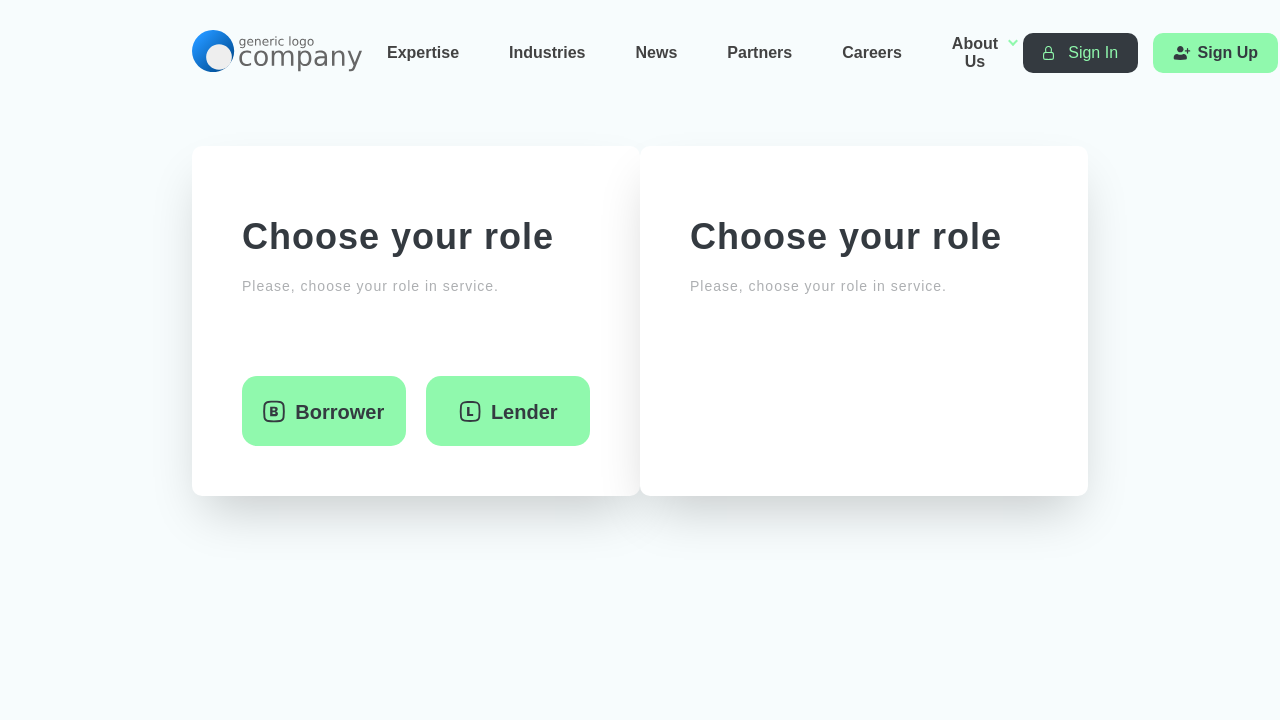
Repository: Andriy-Ma/widgetTask
Page: /
An editor plug-in stored every save of this project. The page is shown before and after the next save, followed by the edit.
The browser window is 1280 px wide. The pictures show the whole page.
Some web fonts or font styles are not loaded; a fallback is used. The project was rebuilt for these pictures with package versions that can differ from the ones it lists, and the page was loaded fresh each time. Also part of the build but not shown: src/components/Main/SelectedRoleForm/selectedRoleForm.module.css, src/components/Main/SelectedRoleForm/selectedRoleForm.jsx.

Above is the page before, as saved 2022-08-30 09:47:57.

After the next save:
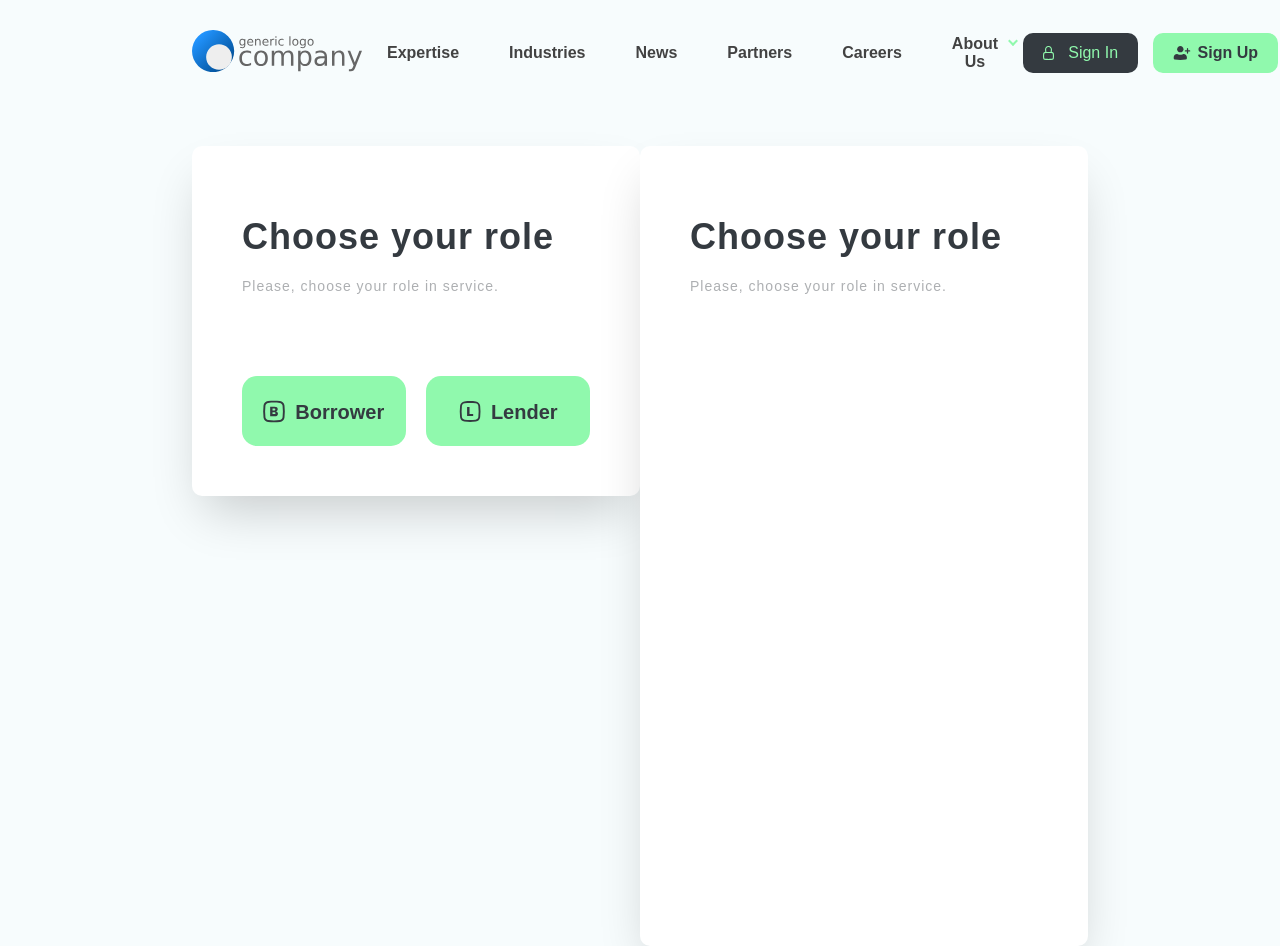
Saved 4 s later.
--- a/src/components/Main/ChooseForm/chooseForm.jsx
+++ b/src/components/Main/ChooseForm/chooseForm.jsx
@@ -25,7 +25,7 @@ function ChooseForm({getRole}) {
       }
       </div>
     </div>
-    <div className={styles.form}>
+    <div className={styles.agreeForm}>
       <div>
         <p className={styles.mainText}>Choose your role</p>
         <p className={styles.underText}>Please, choose your role in service.</p>
